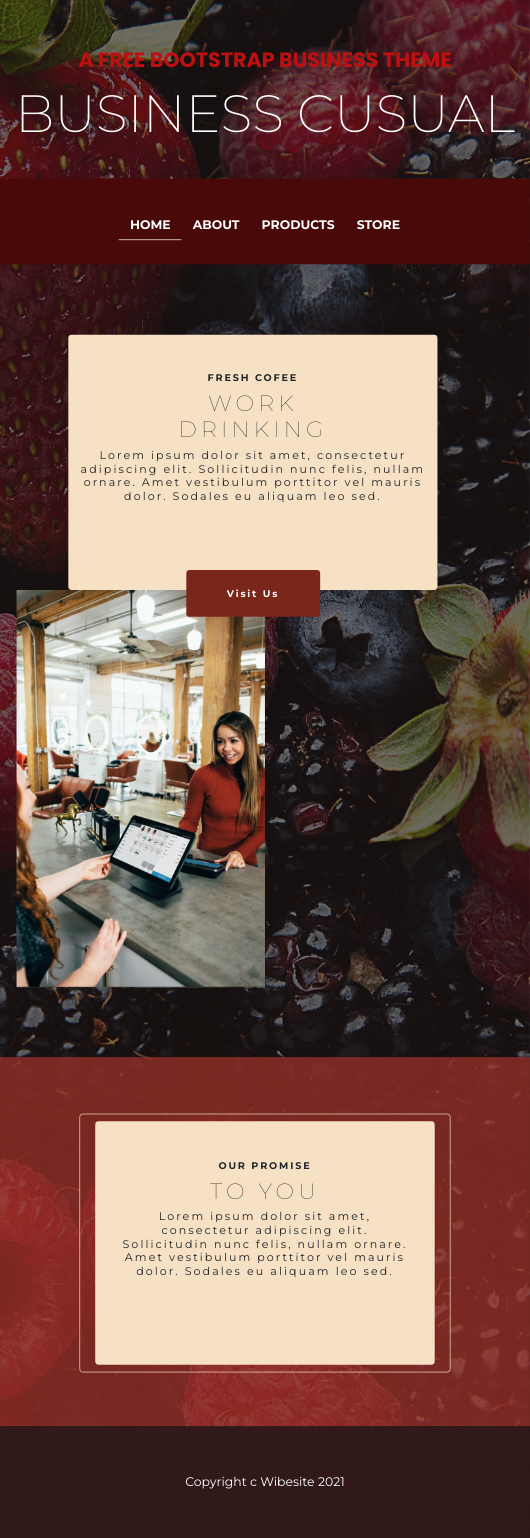
Repository: wadelfadill/tache_7_Business_bootstrap_theme
Page: index.html
An editor plug-in stored every save of this project. The page is shown before and after the next save, followed by the edit.
The browser window is 768 px wide. The pictures show the whole page, at 69% of full size.

Above is the page before, as saved 2023-04-27 22:35:10.

### index.html
<!DOCTYPE html>
<html lang="en">
<head>
    <meta charset="UTF-8">
    <meta http-equiv="X-UA-Compatible" content="IE=edge">
    <meta name="viewport" content="width=device-width, initial-scale=1.0">
    <!------ title of website ------>
    <title>Business website</title>
    <!------ Bootstrap cdn link ------>
    <link href="https://cdn.jsdelivr.net/npm/bootstrap@5.1.3/dist/css/bootstrap.min.css" rel="stylesheet" integrity="sha384-1BmE4kWBq78iYhFldvKuhfTAU6auU8tT94WrHftjDbrCEXSU1oBoqyl2QvZ6jIW3" crossorigin="anonymous">
    <!------- css link -------------->
    <link rel="stylesheet" href="css/style.css">
    <link rel="stylesheet" href="css/index_style.css">
    <!---------Google Fonts links ---------->
    <link rel="preconnect" href="https://fonts.googleapis.com">
    <link rel="preconnect" href="https://fonts.gstatic.com" crossorigin>
    <link href="https://fonts.googleapis.com/css2?family=Montserrat:wght@100;200;400;700&family=Poppins:wght@700&display=swap" rel="stylesheet">

</head>
<body>
    <!-- ========== Start Header Section ========== -->
    <header id="header">
        <h2 class="first_title text-center">A FREE BOOTSTRAP BUSINESS THEME</h2>
        <h1 class="second_title text-center">BUSINESS CUSUAL</h1>
        <!-- ========== Start navbar  Section ========== -->
        <nav class="my-auto mt-5">
            <div class="container my-auto">
                <ul class="nav justify-content-center">
                    <li class="nav-item">
                      <a class="nav-link active" aria-current="page" href="index.html">HOME</a>
                    </li>
                    <li class="nav-item">
                      <a class="nav-link" href="about.html">ABOUT</a>
                    </li>
                    <li class="nav-item">
                      <a class="nav-link" href="product.html">PRODUCTS</a>
                    </li>
                    <li class="nav-item">
                      <a class="nav-link" href="store.html">STORE</a>
                    </li>
                </ul>
            </div>
        </nav>
        <!-- ========== End navbar  Section ========== -->
    </header>
    <!-- ========== End Header Section ========== -->
    <!-- ========== Start Main Section ========== -->
    <main>
      <!-- ========== Start first Section ========== -->
      <section id="first_section">
        <div class="container">
          <div class="row align-items-center">
            <div class="col-12 col-md-4 div-1 text-center position-relative start-25">
              <h3>FRESH COFEE</h3>
              <h4>WORK <br> DRINKING</h4>
              <p>Lorem ipsum dolor sit amet, consectetur adipiscing elit.
                Sollicitudin nunc felis, nullam ornare.
                Amet vestibulum porttitor vel mauris dolor.
                Sodales eu aliquam leo sed.
              </p>
              <button class="text-center">Visit Us</button>
            </div>
            <div class="col-12 col-md-6 div-2">
            </div>
          </div>
        </div>
      </section>
      <!-- ========== End first Section ========== -->
      <!-- ========== Start second Section ========== -->
      <section id="second_section">
        <div class="container">
          <div class="row text-center justify-content-center">
            <div class="col-12 text-center border_box">
              <div class="box text-center ps-md-5 pe-md-5">
                <h2 class="text-center">OUR PROMISE</h2>
                <h3 class="text-center">TO YOU</h3>
                <p>Lorem ipsum dolor sit amet, <br> consectetur adipiscing elit. <br>
                  Sollicitudin nunc felis, nullam ornare. <br>
                  Amet vestibulum porttitor vel mauris <br> dolor.
                  Sodales eu aliquam leo sed.
                </p>
              </div>
            </div>
          </div>
        </div>
      </section>
      <!-- ========== End second Section ========== -->
    </main>
    <!-- ========== End Main Section ========== -->
    <footer id="footer">
        <p class="text-center">Copyright c Wibesite 2021</p>
    </footer>



    <!------ Bootstrap script -------->
    <script src="https://cdn.jsdelivr.net/npm/bootstrap@5.1.3/dist/js/bootstrap.bundle.min.js" integrity="sha384-ka7Sk0Gln4gmtz2MlQnikT1wXgYsOg+OMhuP+IlRH9sENBO0LRn5q+8nbTov4+1p" crossorigin="anonymous"></script>
</body>
</html>

### css/style.css
/* ===== General ====== */

:root{
    --red-color: #BD1111;
    --bg-red:#490909;
    --white-color: #FFFFFF;
    --black-color: #000000;
    --bg-beize:#F6E1C5;
    --bg-red-black: #311919;
    --bg-red-opac:rgba(165, 52, 43, 0.69);
    --red-border: #CD5449;
}
*{
    margin: 0;
    padding: 0;
}
body{
    padding: 0;
    margin: 0;
    background-image: linear-gradient(rgba(34, 24, 24, 0.6), rgba(34, 24, 24, 0.6)), url("../images/1.jpeg");
    background-position: center;
    background-size: cover;
    background-repeat: no-repeat;
}
/* ===== squelette ====== */
/* ===== header section ====== */
/* ===== header titles ======= */
#header .first_title{
    font-family: 'Poppins';
    font-style: normal;
    font-weight: 700;
    font-size: 30px;
    line-height: 45px;
    color: var(--red-color);
    margin-top: 65px;
}
#header .second_title{
    font-family: 'Montserrat';
    font-style: normal;
    font-weight: 200;
    font-size: 76px;
    line-height: 93px;
    color: var(--white-color);
}
/* ====== header navbar ======*/
#header nav{
    background: var(--bg-red);
    height: 124px;
}
#header nav ul li{
    margin-top: 48px;
}
#header nav a{
    font-family: 'Montserrat';
    font-style: normal;
    font-weight: 700;
    font-size: 18px;
    line-height: 22px;
    color: var(--white-color);
}
#header nav a.active{
    padding-bottom: 10px;
    border-bottom: 1px solid white;
}
/* ==== Main section ==========*/
/* main{
    height: 1000px;
} */
/* ====== footer section ====== */
#footer{
    height: 162px;
    background: var(--bg-red-black);
    padding-top: 70px;
}
#footer p{
    font-family: 'Montserrat';
    font-style: normal;
    font-weight: 400;
    font-size: 18px;
    line-height: 22px;
    color: var(--white-color);
}

### css/index_style.css
/* ===== General ====== */

:root{
    --red-color: #BD1111;
    --bg-red:#490909;
    --white-color: #FFFFFF;
    --black-color: #000000;
    --bg-beize:#F6E1C5;
    --bg-red-black: #311919;
    --bg-red-opac:rgba(165, 52, 43, 0.69);
    --red-border: #CD5449;
}

/* ==== first section ====== */
#first_section{
    margin-top: 102px;
}
#first_section .div-1{
    min-height:370px !important;
    background: var(--bg-beize);
    border-radius: 5px;
    width: 535px;
    position: relative;
    left: 75px;
}
#first_section .div-1 h3{
    font-family: 'Montserrat';
    font-style: normal;
    font-weight: 700;
    font-size: 14px;
    line-height: 17px;
    text-align: center;
    letter-spacing: 0.19em;
    padding-top: 54px;
}
#first_section .div-1 h4{
    font-family: 'Montserrat';
    font-style: normal;
    font-weight: 100;
    font-size: 32px;
    line-height: 39px;
    text-align: center;
    letter-spacing: 0.19em;
}
#first_section .div-1 p{
    font-family: 'Montserrat';
    font-style: normal;
    font-weight: 400;
    font-size: 16px;
    line-height: 20px;
    text-align: center;
    letter-spacing: 0.19em;
}
#first_section .div-1 button{
    width: 194px;
    height: 68px;
    background: #7B261A;
    border: none;
    font-family: 'Montserrat';
    font-style: normal;
    font-weight: 700;
    font-size: 14px;
    line-height: 17px;
    text-align: center;
    letter-spacing: 0.19em;
    border-radius: 5px;
    color: var(--white-color);
    position: relative;
    bottom: -80px;
}
#first_section .div-2{
    background: url("../images/home-img1.png");
    height: 576.04px;
    max-width: 535px;
    background-position: center;
    background-size: cover;
    margin-bottom: 101px;
}

/* ===== second section ====== */
#second_section{
    width: 100%;
    background: rgba(165, 52, 43, 0.69);
    height: 535px;

}
#second_section .box{
    height: 353.38px;
    max-width: 873px;
    border-radius: 5px;
    background: var(--bg-beize);
    margin: 10px;
    padding-left: 40px !important;
    padding-right: 40px !important;
}
#second_section .border_box{
    border: 1px solid var(--bg-beize);
    border-radius: 5px;
    margin-top: 82px !important;
    margin-bottom: 102px;
    max-width: max-content;
    margin: auto;
}
#second_section .box h2{
    font-family: 'Montserrat';
    font-style: normal;
    font-weight: 700;
    font-size: 14px;
    line-height: 17px;
    text-align: center;
    letter-spacing: 0.19em;
    padding-top: 56px;
}
#second_section .box h3{
    font-family: 'Montserrat';
    font-style: normal;
    font-weight: 100;
    font-size: 32px;
    line-height: 39px;
    text-align: center;
    letter-spacing: 0.19em;
}
#second_section .box p{
    font-family: 'Montserrat';
    font-style: normal;
    font-weight: 400;
    font-size: 16px;
    line-height: 20px;
    text-align: center;
    letter-spacing: 0.19em;
}

After the next save:
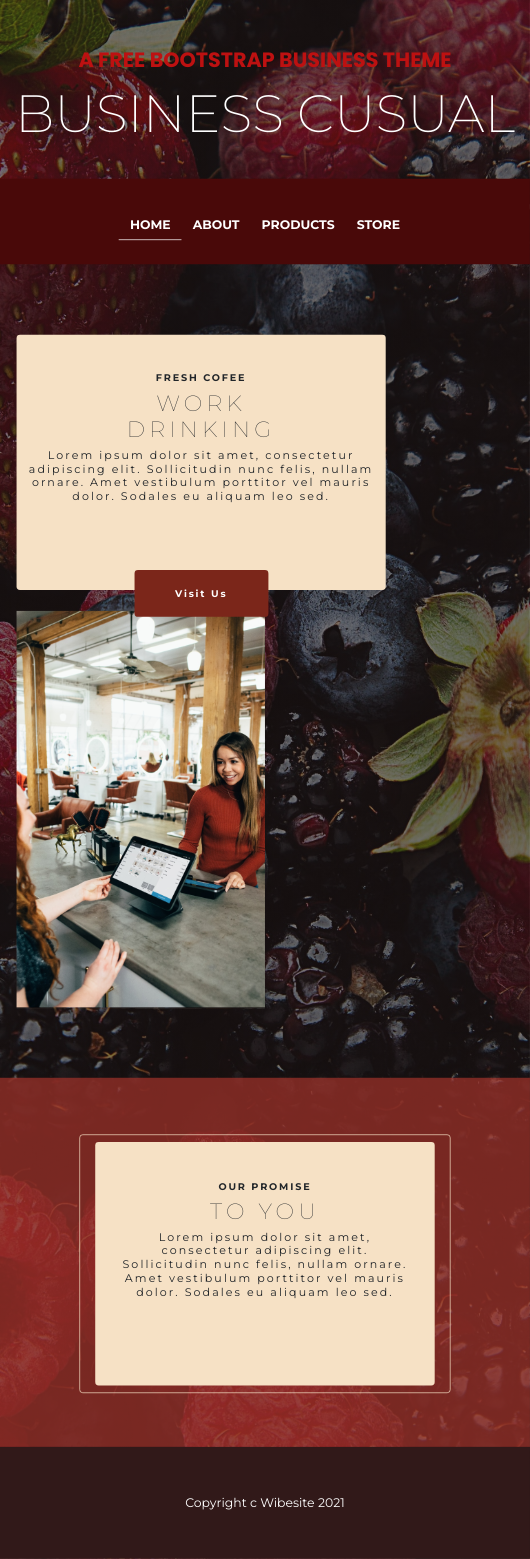
Saved 4 min 41 s later.
--- a/css/index_style.css
+++ b/css/index_style.css
@@ -129,3 +129,12 @@
     text-align: center;
     letter-spacing: 0.19em;
 }
+
+/* ===== responsive css ============*/
+@media screen and (max-width:768px) {
+    #first_section .div-1{
+        position: static;
+        left: 0;
+        margin-bottom: 30px;
+    }
+}
